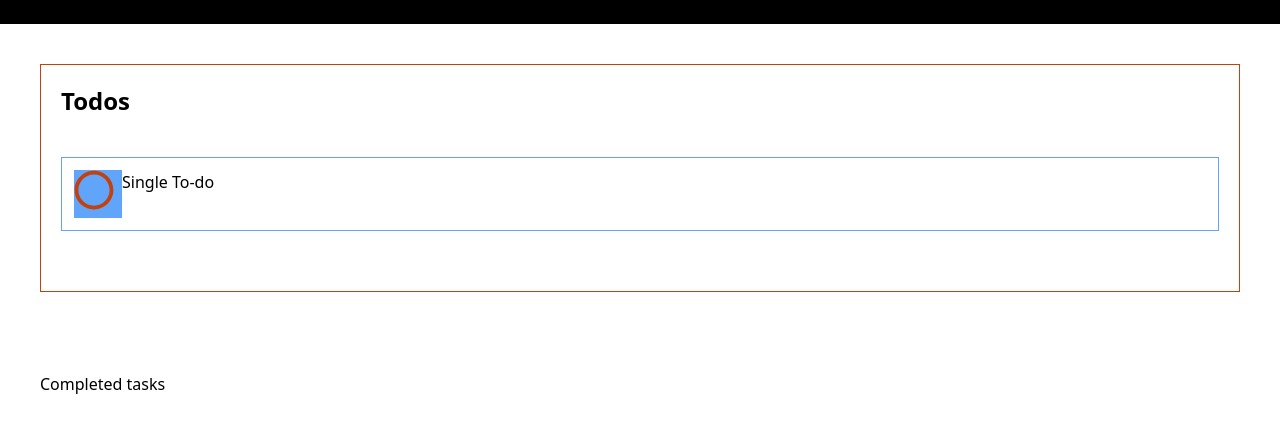
Repository: thekingisherenow/personalTodo
Page: /
The author's editor kept a copy of each file at every save. The page is drawn from the files as they stood at one save, then again after the next save.
The browser window is 1280 px wide. The pictures show the whole page.
The project was rebuilt for these pictures with package versions that can differ from the ones it lists, and the page was loaded fresh each time. The framework's server and built-in components were replaced by stand-ins that run in the browser. Also part of the build but not shown: next.config.js, styles/Home.module.css.

Above is the page before, as saved 2022-12-15 16:04:40.

After the next save:
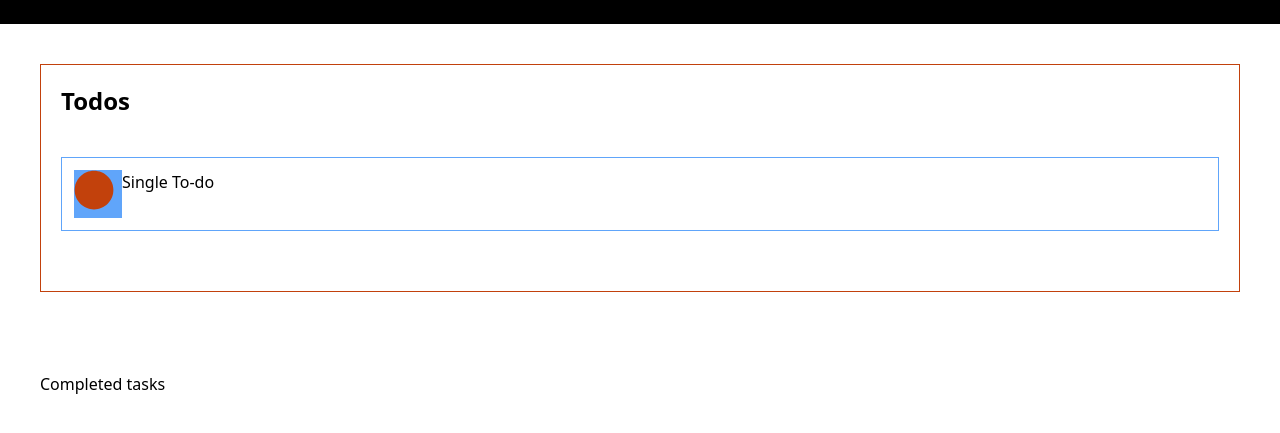
Saved 2 min 45 s later.
--- a/components/Todo.js
+++ b/components/Todo.js
@@ -1,6 +1,6 @@
 import React, { useState } from 'react'
 import { CheckCircleIcon } from '@heroicons/react/24/outline'
-import { FaRegCircle } from 'react-icons/fa';
+import { FaRegCircle,FaCircle } from 'react-icons/fa';
 
 function Todo() {
     const [check, setCheck] = useState(false)
@@ -14,7 +14,7 @@ function Todo() {
 
 <CheckCircleIcon
 className=' text-orange-700 w-10 h-10 ' /> :
-<FaRegCircle className='w-10 text-orange-700 h-10' />
+<FaCircle className='w-10 text-orange-700 h-10' />
 }
 </div>
 
